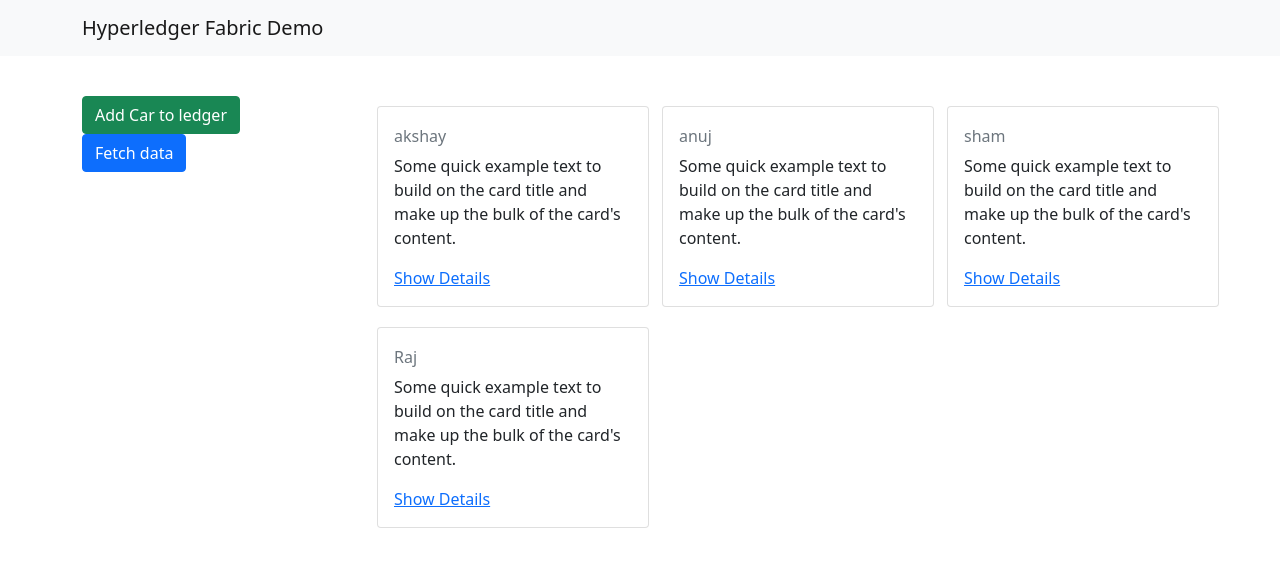
Repository: akshaykurhekar/hyperledger-asset-monetization-dapp
Page: / (app in fabcarWeb/new-ui/)
These files come from the project's save history. The page is drawn as it stood at one moment and after a run of saves; the edit follows.
The browser window is 1280 px wide. The pictures show the whole page.
The project was rebuilt for these pictures with package versions that can differ from the ones it lists, and the page was loaded fresh each time.

Above is the page before, as saved 2022-03-31 17:49:15.

### fabcarWeb/new-ui/src/index.js
import React from "react";
import ReactDOM from "react-dom/client";
import "./index.css";
import App from "./App";
import reportWebVitals from "./reportWebVitals";
import "bootstrap/dist/css/bootstrap.min.css";

// ReactDOM.render(
//   <React.StrictMode>
//     <App />
//   </React.StrictMode>,
//   document.getElementById('root')
// );

ReactDOM.createRoot(document.getElementById("root")).render(
  <React.StrictMode>
    <App />
  </React.StrictMode>
);

// If you want to start measuring performance in your app, pass a function
// to log results (for example: reportWebVitals(console.log))
// or send to an analytics endpoint. Learn more: https://bit.ly/CRA-vitals
reportWebVitals();

### fabcarWeb/new-ui/src/App.js
import React, {useState, useEffect} from 'react';
import Navbar from "./components/navbar";
import Card from "./components/card";
import Model from "./components/model";
import { Container, Row, Col, Button } from "react-bootstrap";
import axios from "axios";

function App() {
  const carList = [{ name: "akshay" }, { name: "anuj" }, { name: "sham" },{ name: "Raj" }];

  const baseURL = "http://localhost:8080/api/query";

  const [carLists, setCarList] = useState(null);

//   useEffect(() => {
//     axios.get(baseURL).then((response) => {
//         console.log(response);
//       //setCarList(response.data);
//     });
//   }, []);

  const carData = async () =>{
      const carList = await axios.get(`${baseURL}/CAR1`).then((response) => {
        return response.data;
    });

    setCarList(carList);
    console.log(carList);
  }

  return (
    <>
      <Navbar />
      <Container>
        <Row style={{ paddingTop: "40px" }}>
          <Col sm={3}>
            <Model />
            <Button onClick={carData} > Fetch data</Button>
          </Col>
          <Col sm={9}>
            <Row>
              {carList.map((item, idx) => {
                return (
                  <Col sm={4} key={idx}>
                    <Card name={item.name} />
                  </Col>
                );
              })}
            </Row>
          </Col>
        </Row>
      </Container>
    </>
  );
}

export default App;

### fabcarWeb/new-ui/src/components/navbar.js
import React from 'react';
import { Navbar,Container,Nav, NavDropdown } from 'react-bootstrap'

const NavbarComp = ()=>{

    return (
      <Navbar bg="light" expand="lg">
      <Container>
        <Navbar.Brand href="#home">Hyperledger Fabric Demo</Navbar.Brand>
        <Navbar.Toggle aria-controls="basic-navbar-nav" />
        <Navbar.Collapse id="basic-navbar-nav">
          <Nav className="me-auto">
            {/* <Nav.Link href="#home">Home</Nav.Link>
            <Nav.Link href="#link">Link</Nav.Link>
            <NavDropdown title="Dropdown" id="basic-nav-dropdown">
              <NavDropdown.Item href="#action/3.1">Action</NavDropdown.Item>
              <NavDropdown.Item href="#action/3.2">Another action</NavDropdown.Item>
              <NavDropdown.Item href="#action/3.3">Something</NavDropdown.Item>
              <NavDropdown.Divider />
              <NavDropdown.Item href="#action/3.4">Separated link</NavDropdown.Item>
            </NavDropdown> */}
          </Nav>
        </Navbar.Collapse>
      </Container>
    </Navbar>
    );
};

export default NavbarComp;

### fabcarWeb/new-ui/src/components/card.js
import React from 'react';
import {Card} from 'react-bootstrap'

const Cards = (props)=>{
    return (
        <Card style={{ width: '17rem',margin:'10px' }}>
            <Card.Body>
                <Card.Title>{props.model}</Card.Title>
                <Card.Subtitle className="mb-2 text-muted">{props.name}</Card.Subtitle>
                <Card.Text>
                Some quick example text to build on the card title and make up the bulk of
                the card's content.
                </Card.Text>
                <Card.Link href="#">Show Details</Card.Link>
            </Card.Body>
        </Card>
    );
};

export default Cards;

### fabcarWeb/new-ui/src/components/model.js
import React,{ useState} from 'react';
import { Button, Modal} from 'react-bootstrap'

const Model = ()=>{

    const [show, setShow] = useState(false);

  const handleClose = () => setShow(false);
  const handleShow = () => setShow(true);

    return (
       <>
      <Button variant="success" onClick={handleShow}>
        Add Car to ledger
      </Button>

      <Modal show={show} onHide={handleClose}>
        <Modal.Header closeButton>
          <Modal.Title>Add Car</Modal.Title>
        </Modal.Header>
        <Modal.Body>

            </Modal.Body>
        <Modal.Footer>
          <Button variant="secondary" onClick={handleClose}>
            Close
          </Button>
          <Button variant="primary" onClick={handleClose}>
            Save
          </Button>
        </Modal.Footer>
      </Modal>
    </>
    );
};

export default Model;

Loaded but not shown: fabcarWeb/new-ui/public/index.html (common file); fabcarWeb/new-ui/src/reportWebVitals.js (common file); fabcarWeb/new-ui/src/index.css (no stored copy; drawn as an empty file)

After the next 3 saves:
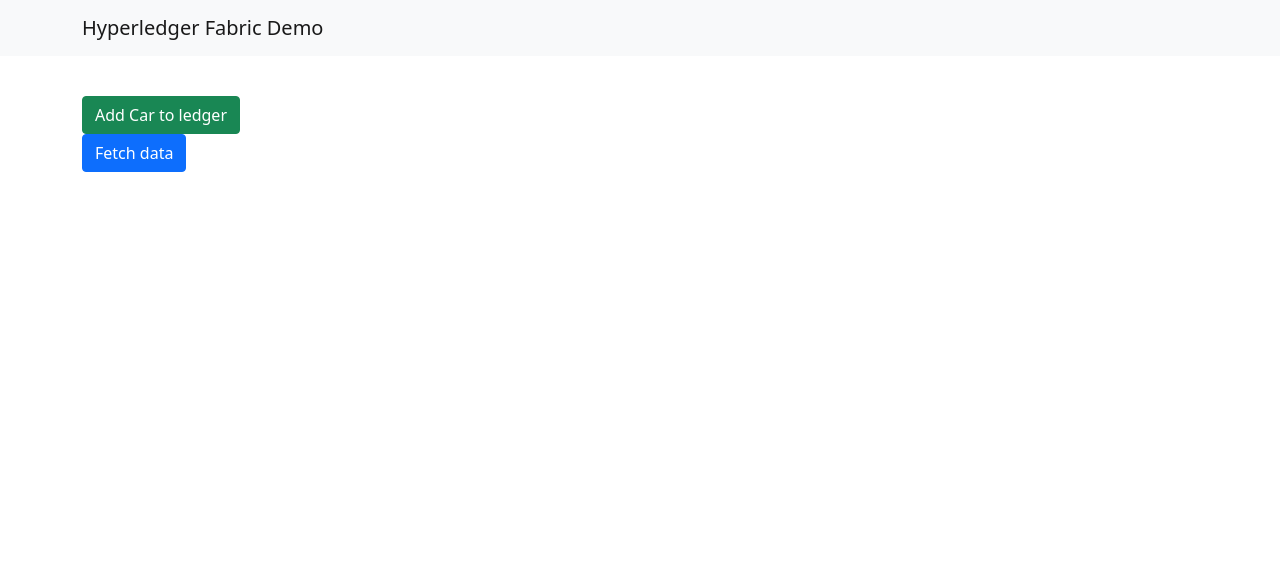
The 3 saves are shown as one change because 2 did not build or start.
The last was saved 93 s later.
--- a/fabcarWeb/new-ui/src/App.js
+++ b/fabcarWeb/new-ui/src/App.js
@@ -6,11 +6,11 @@
 import axios from "axios";
 
 function App() {
-  const carList = [{ name: "akshay" }, { name: "anuj" }, { name: "sham" },{ name: "Raj" }];
+  //const carList = [{ name: "akshay" }, { name: "anuj" }, { name: "sham" },{ name: "Raj" }];
 
   const baseURL = "http://localhost:8080/api/query";
 
-  const [carLists, setCarList] = useState(null);
+  const [carList, setCarList] = useState([]);
 
 //   useEffect(() => {
 //     axios.get(baseURL).then((response) => {
